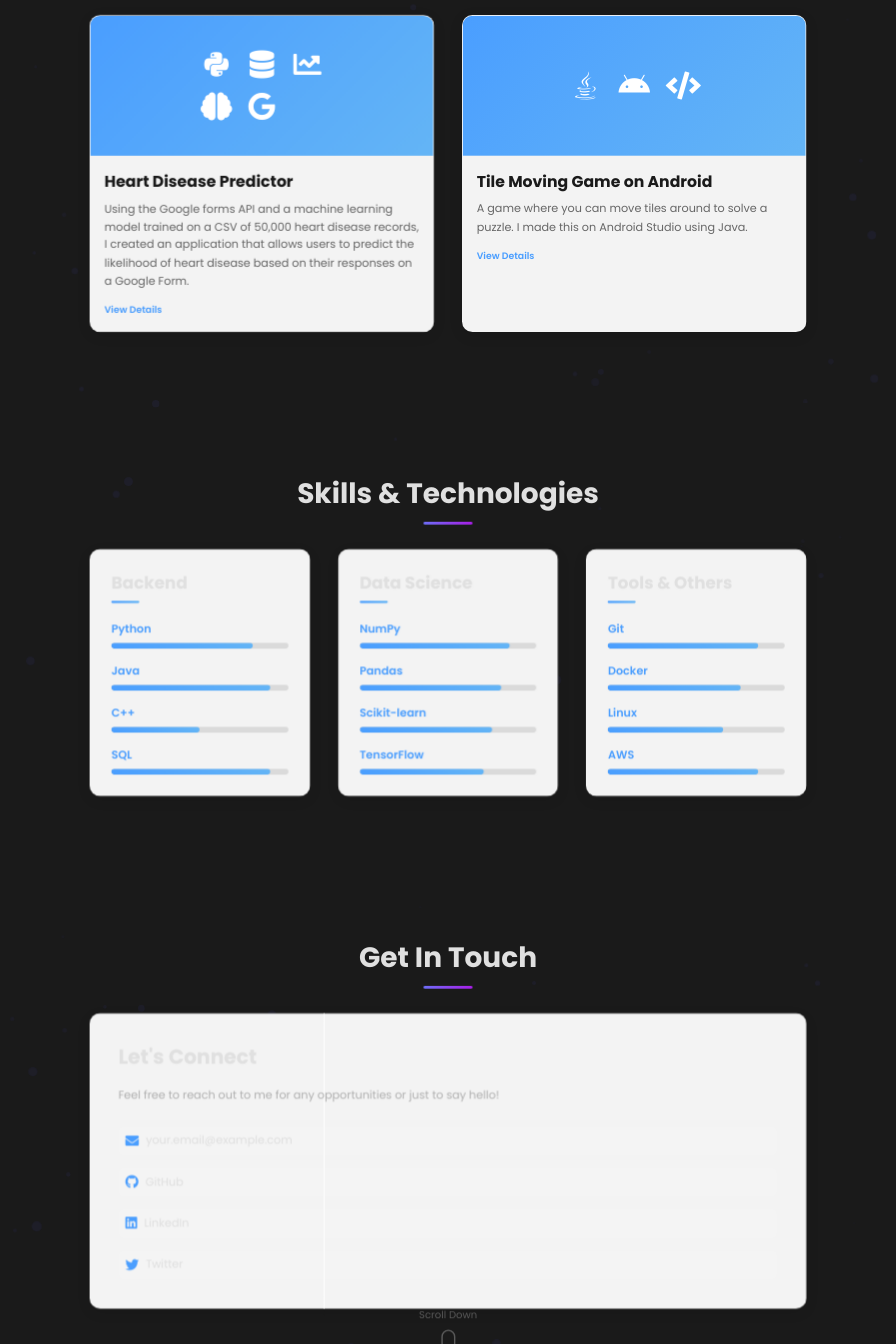
Repository: connorGS9/portfolio-website
Page: /
An editor plug-in stored every save of this project. The page is shown before and after the next save, followed by the edit.
The browser window is 1280 px wide. The pictures show the part of the page from y = 1119 to 3039 px (the page is 3527 px tall), at 70% of full size.
The project was rebuilt for these pictures with package versions that can differ from the ones it lists, and the page was loaded fresh each time.

Above is the page before, as saved 2025-06-04 23:05:25.

After the next save:
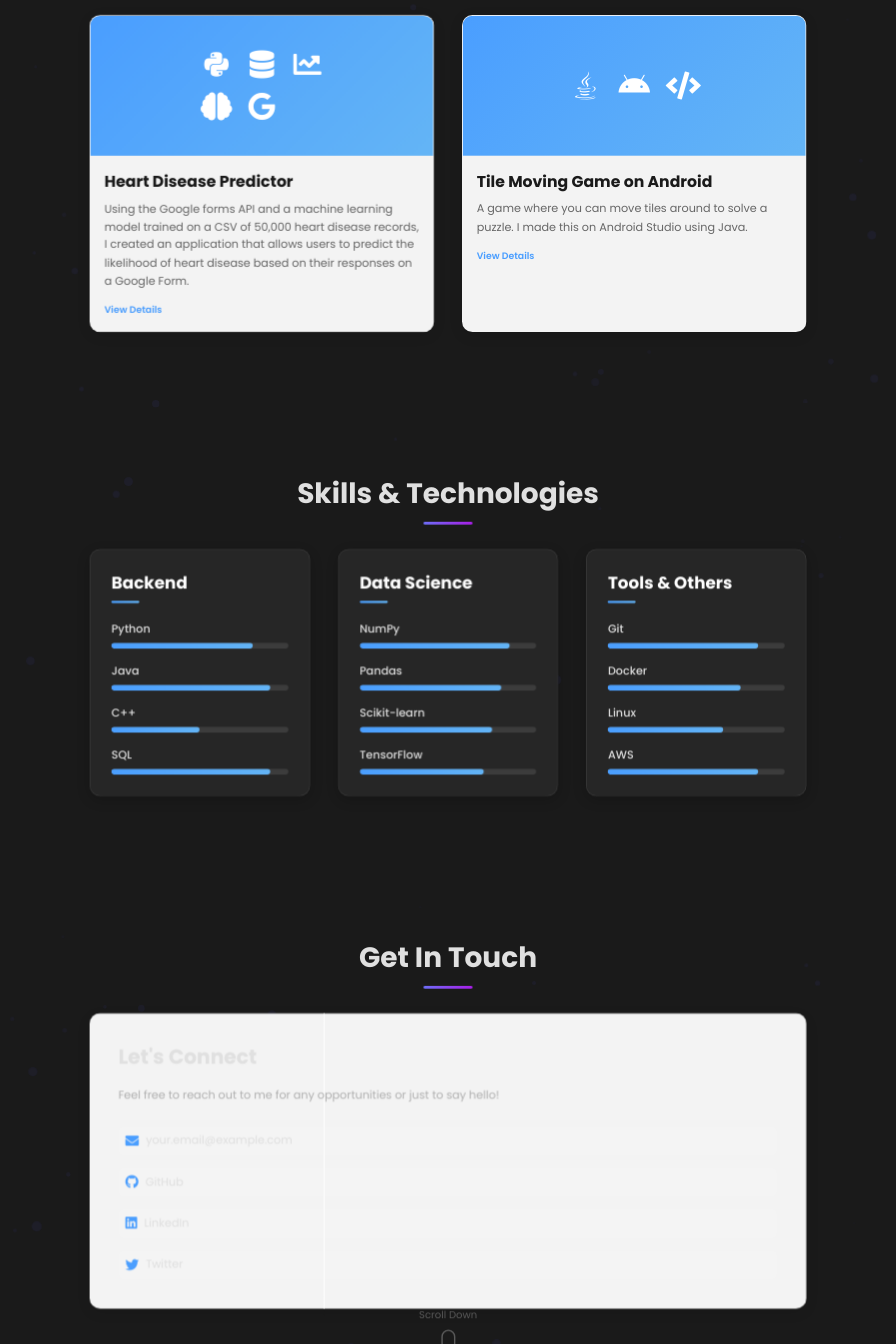
Saved 10 s later.
--- a/src/styles/Home.css
+++ b/src/styles/Home.css
@@ -354,18 +354,18 @@
   }
 
   .skill-category {
-    background: rgba(255, 255, 255, 0.95);
+    background: rgba(40, 40, 40, 0.95);
     backdrop-filter: blur(10px);
     padding: 30px;
     border-radius: 15px;
-    box-shadow: 0 5px 20px rgba(0, 0, 0, 0.1);
-    border: 1px solid rgba(255, 255, 255, 0.2);
+    box-shadow: 0 5px 20px rgba(0, 0, 0, 0.2);
+    border: 1px solid rgba(255, 255, 255, 0.1);
   }
 
   .skill-category h3 {
     font-size: 1.5rem;
     margin-bottom: 25px;
-    color: var(--text-color);
+    color: #ffffff;
     position: relative;
     padding-bottom: 10px;
   }
@@ -397,20 +397,15 @@
     margin-bottom: 8px;
   }
 
-  .skill-info span:first-child {
+  .skill-info span {
     font-weight: 500;
-    color: var(--text-color);
-  }
-
-  .skill-info span:last-child {
-    color: var(--primary-color);
-    font-weight: 600;
+    color: #e0e0e0;
   }
 
   .skill-bar {
     width: 100%;
     height: 8px;
-    background: rgba(0, 0, 0, 0.1);
+    background: rgba(255, 255, 255, 0.1);
     border-radius: 4px;
     overflow: hidden;
   }
